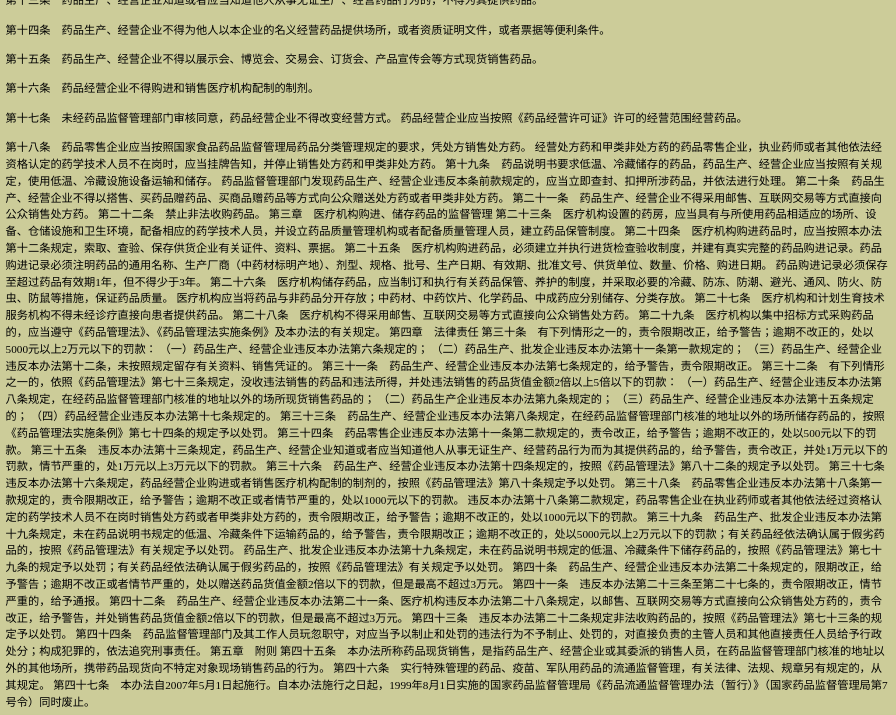
Repository: Shaoxubao/Java
Page: http://localhost/msm/jsp/rule/rules.jsp
An editor plug-in stored every save of this project. The page is shown before and after the next save, followed by the edit.
The browser window is 1280 px wide. The pictures show the part of the page from y = 867 to 2787 px (the page is 1888 px tall before and 3100 px after), at 70% of full size.
The page is served by Tomcat 9. Nobody is signed in. The application's start-up code is not run. Other server files are loaded and not shown.

Above is the page before, as saved 2015-06-13 17:53:44.

### msm/WebContent/jsp/rule/rules.jsp
<%@ page language="java" contentType="text/html; charset=UTF-8"
    pageEncoding="UTF-8"%>
<!DOCTYPE html>
<html>
<head>
<meta http-equiv="Content-Type" content="text/html; charset=UTF-8">
<title>Insert title here</title>
</head>
<body bgcolor="#CCCC99">
第一章　总则<br><br><br>

第一条　为加强药品监督管理，规范药品流通秩序，保证药品质量，根据《中华人民共和国药品管理法》（以下简称《药品管理法》）、《中华人民共和国药品管理法实施条例》（以下简称《药品管理法实施条例》）和有关法律、法规的规定，制定本办法。<br><br>
第二条　在中华人民共和国境内从事药品购销及监督管理的单位或者个人，应当遵守本办法。<br><br>
第三条　药品生产、经营企业、医疗机构应当对其生产、经营、使用的药品质量负责。
药品生产、经营企业在确保药品质量安全的前提下，应当适应现代药品流通发展方向，进行改革和创新。<br><br>
第四条　药品监督管理部门鼓励个人和组织对药品流通实施社会监督。对违反本办法的行为，任何个人和组织都有权向药品监督管理部门举报和控告。<br><br>
第二章 药品生产、经营企业购销的监督管理<br><br><br>

第五条　药品生产、经营企业对其药品购销行为负责，对其销售人员或设立的办事机构以本企业名义从事的药品购销行为承担法律责任。<br><br>
第六条　药品生产、经营企业应当对其购销人员进行药品相关的法律、法规和专业知识培训，建立培训档案，培训档案中应当记录培训时间、地点、内容及接受培训的人员。<br><br>
第七条　药品生产、经营企业应当加强对药品销售人员的管理，并对其销售行为作出具体规定。<br><br>
第八条　药品生产、经营企业不得在经药品监督管理部门核准的地址以外的场所储存或者现货销售药品。<br><br>
第九条　药品生产企业只能销售本企业生产的药品，不得销售本企业受委托生产的或者他人生产的药品。<br><br>
第十条　药品生产企业、药品批发企业销售药品时，应当提供下列资料：<br><br>
（一）加盖本企业原印章的《药品生产许可证》或《药品经营许可证》和营业执照的复印件；<br><br>
（二）加盖本企业原印章的所销售药品的批准证明文件复印件；<br><br>
（三）销售进口药品的，按照国家有关规定提供相关证明文件。<br><br>
第十一条　药品生产企业、药品批发企业销售药品时，应当开具标明供货单位名称、药品名称、生产厂商、批号、数量、价格等内容的销售凭证。
药品零售企业销售药品时，应当开具标明药品名称、生产厂商、数量、价格、批号等内容的销售凭证。<br><br>
第十二条　药品生产、经营企业采购药品时，应按本办法第十条规定索取、查验、留存供货企业有关证件、资料，按本办法第十一条规定索取、留存销售凭证。
药品生产、经营企业按照本条前款规定留存的资料和销售凭证，应当保存至超过药品有效期1年，但不得少于3年。<br><br>
第十三条　药品生产、经营企业知道或者应当知道他人从事无证生产、经营药品行为的，不得为其提供药品。<br><br>
第十四条　药品生产、经营企业不得为他人以本企业的名义经营药品提供场所，或者资质证明文件，或者票据等便利条件。<br><br>
第十五条　药品生产、经营企业不得以展示会、博览会、交易会、订货会、产品宣传会等方式现货销售药品。<br><br>
第十六条　药品经营企业不得购进和销售医疗机构配制的制剂。<br><br>
第十七条　未经药品监督管理部门审核同意，药品经营企业不得改变经营方式。
药品经营企业应当按照《药品经营许可证》许可的经营范围经营药品。<br><br>
第十八条　药品零售企业应当按照国家食品药品监督管理局药品分类管理规定的要求，凭处方销售处方药。
经营处方药和甲类非处方药的药品零售企业，执业药师或者其他依法经资格认定的药学技术人员不在岗时，应当挂牌告知，并停止销售处方药和甲类非处方药。
第十九条　药品说明书要求低温、冷藏储存的药品，药品生产、经营企业应当按照有关规定，使用低温、冷藏设施设备运输和储存。
药品监督管理部门发现药品生产、经营企业违反本条前款规定的，应当立即查封、扣押所涉药品，并依法进行处理。
第二十条　药品生产、经营企业不得以搭售、买药品赠药品、买商品赠药品等方式向公众赠送处方药或者甲类非处方药。
第二十一条　药品生产、经营企业不得采用邮售、互联网交易等方式直接向公众销售处方药。
第二十二条　禁止非法收购药品。
第三章　医疗机构购进、储存药品的监督管理

第二十三条　医疗机构设置的药房，应当具有与所使用药品相适应的场所、设备、仓储设施和卫生环境，配备相应的药学技术人员，并设立药品质量管理机构或者配备质量管理人员，建立药品保管制度。
第二十四条　医疗机构购进药品时，应当按照本办法第十二条规定，索取、查验、保存供货企业有关证件、资料、票据。
第二十五条　医疗机构购进药品，必须建立并执行进货检查验收制度，并建有真实完整的药品购进记录。药品购进记录必须注明药品的通用名称、生产厂商（中药材标明产地）、剂型、规格、批号、生产日期、有效期、批准文号、供货单位、数量、价格、购进日期。
药品购进记录必须保存至超过药品有效期1年，但不得少于3年。
第二十六条　医疗机构储存药品，应当制订和执行有关药品保管、养护的制度，并采取必要的冷藏、防冻、防潮、避光、通风、防火、防虫、防鼠等措施，保证药品质量。
医疗机构应当将药品与非药品分开存放；中药材、中药饮片、化学药品、中成药应分别储存、分类存放。
第二十七条　医疗机构和计划生育技术服务机构不得未经诊疗直接向患者提供药品。
第二十八条　医疗机构不得采用邮售、互联网交易等方式直接向公众销售处方药。
第二十九条　医疗机构以集中招标方式采购药品的，应当遵守《药品管理法》、《药品管理法实施条例》及本办法的有关规定。
第四章　法律责任

第三十条　有下列情形之一的，责令限期改正，给予警告；逾期不改正的，处以5000元以上2万元以下的罚款：
（一）药品生产、经营企业违反本办法第六条规定的；
（二）药品生产、批发企业违反本办法第十一条第一款规定的；
（三）药品生产、经营企业违反本办法第十二条，未按照规定留存有关资料、销售凭证的。
第三十一条　药品生产、经营企业违反本办法第七条规定的，给予警告，责令限期改正。
第三十二条　有下列情形之一的，依照《药品管理法》第七十三条规定，没收违法销售的药品和违法所得，并处违法销售的药品货值金额2倍以上5倍以下的罚款：
（一）药品生产、经营企业违反本办法第八条规定，在经药品监督管理部门核准的地址以外的场所现货销售药品的；
（二）药品生产企业违反本办法第九条规定的；
（三）药品生产、经营企业违反本办法第十五条规定的；
（四）药品经营企业违反本办法第十七条规定的。
第三十三条　药品生产、经营企业违反本办法第八条规定，在经药品监督管理部门核准的地址以外的场所储存药品的，按照《药品管理法实施条例》第七十四条的规定予以处罚。
第三十四条　药品零售企业违反本办法第十一条第二款规定的，责令改正，给予警告；逾期不改正的，处以500元以下的罚款。
第三十五条　违反本办法第十三条规定，药品生产、经营企业知道或者应当知道他人从事无证生产、经营药品行为而为其提供药品的，给予警告，责令改正，并处1万元以下的罚款，情节严重的，处1万元以上3万元以下的罚款。
第三十六条　药品生产、经营企业违反本办法第十四条规定的，按照《药品管理法》第八十二条的规定予以处罚。
第三十七条　违反本办法第十六条规定，药品经营企业购进或者销售医疗机构配制的制剂的，按照《药品管理法》第八十条规定予以处罚。
第三十八条　药品零售企业违反本办法第十八条第一款规定的，责令限期改正，给予警告；逾期不改正或者情节严重的，处以1000元以下的罚款。
违反本办法第十八条第二款规定，药品零售企业在执业药师或者其他依法经过资格认定的药学技术人员不在岗时销售处方药或者甲类非处方药的，责令限期改正，给予警告；逾期不改正的，处以1000元以下的罚款。
第三十九条　药品生产、批发企业违反本办法第十九条规定，未在药品说明书规定的低温、冷藏条件下运输药品的，给予警告，责令限期改正；逾期不改正的，处以5000元以上2万元以下的罚款；有关药品经依法确认属于假劣药品的，按照《药品管理法》有关规定予以处罚。
药品生产、批发企业违反本办法第十九条规定，未在药品说明书规定的低温、冷藏条件下储存药品的，按照《药品管理法》第七十九条的规定予以处罚；有关药品经依法确认属于假劣药品的，按照《药品管理法》有关规定予以处罚。
第四十条　药品生产、经营企业违反本办法第二十条规定的，限期改正，给予警告；逾期不改正或者情节严重的，处以赠送药品货值金额2倍以下的罚款，但是最高不超过3万元。
第四十一条　违反本办法第二十三条至第二十七条的，责令限期改正，情节严重的，给予通报。
第四十二条　药品生产、经营企业违反本办法第二十一条、医疗机构违反本办法第二十八条规定，以邮售、互联网交易等方式直接向公众销售处方药的，责令改正，给予警告，并处销售药品货值金额2倍以下的罚款，但是最高不超过3万元。
第四十三条　违反本办法第二十二条规定非法收购药品的，按照《药品管理法》第七十三条的规定予以处罚。
第四十四条　药品监督管理部门及其工作人员玩忽职守，对应当予以制止和处罚的违法行为不予制止、处罚的，对直接负责的主管人员和其他直接责任人员给予行政处分；构成犯罪的，依法追究刑事责任。
第五章　附则

第四十五条　本办法所称药品现货销售，是指药品生产、经营企业或其委派的销售人员，在药品监督管理部门核准的地址以外的其他场所，携带药品现货向不特定对象现场销售药品的行为。
第四十六条　实行特殊管理的药品、疫苗、军队用药品的流通监督管理，有关法律、法规、规章另有规定的，从其规定。
第四十七条　本办法自2007年5月1日起施行。自本办法施行之日起，1999年8月1日实施的国家药品监督管理局《药品流通监督管理办法（暂行）》（国家药品监督管理局第7号令）同时废止。
</body>
</html>

After the next save:
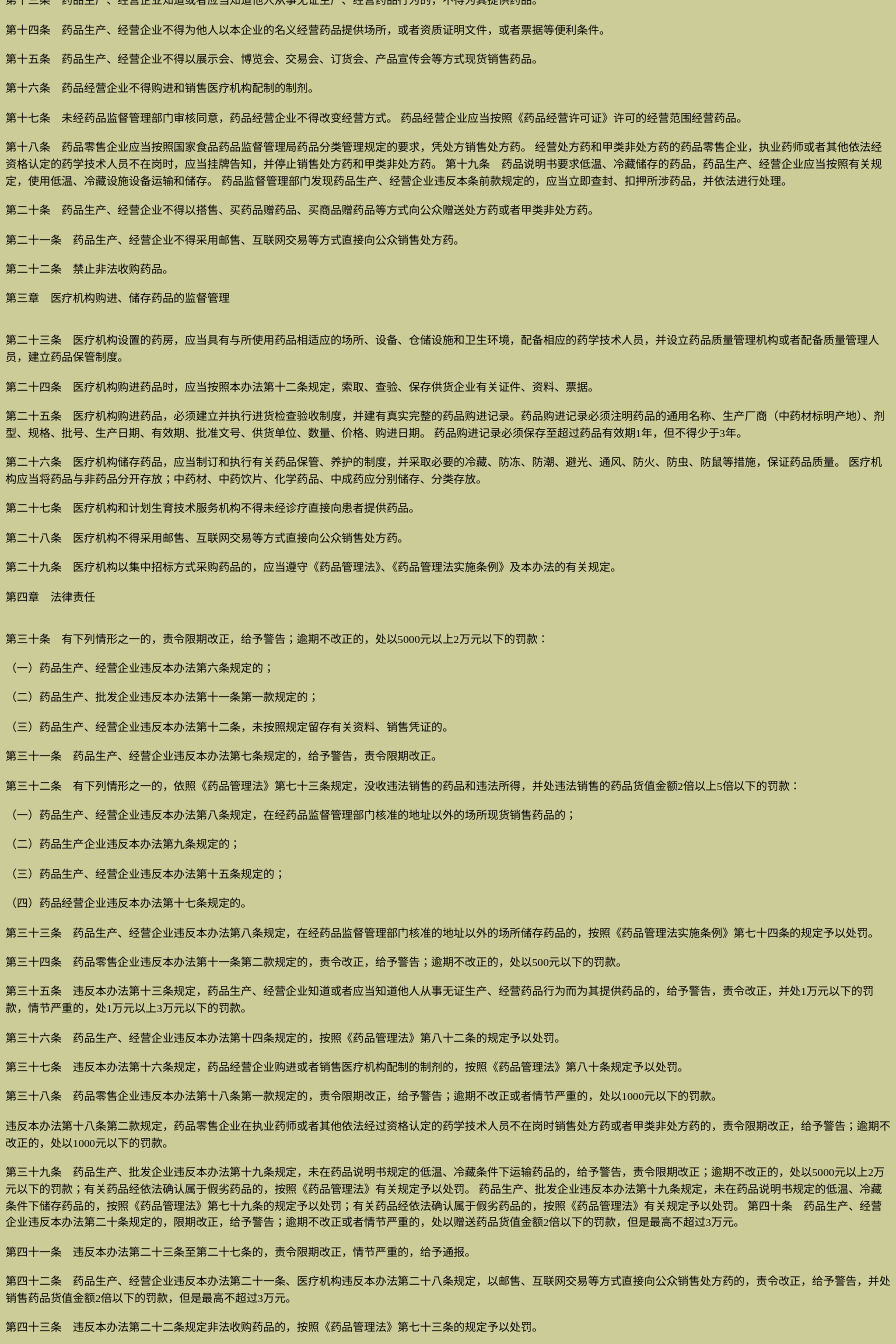
Saved 2 min 21 s later.
--- a/msm/WebContent/jsp/rule/rules.jsp
+++ b/msm/WebContent/jsp/rule/rules.jsp
@@ -38,51 +38,51 @@
 第十八条　药品零售企业应当按照国家食品药品监督管理局药品分类管理规定的要求，凭处方销售处方药。
 经营处方药和甲类非处方药的药品零售企业，执业药师或者其他依法经资格认定的药学技术人员不在岗时，应当挂牌告知，并停止销售处方药和甲类非处方药。
 第十九条　药品说明书要求低温、冷藏储存的药品，药品生产、经营企业应当按照有关规定，使用低温、冷藏设施设备运输和储存。
-药品监督管理部门发现药品生产、经营企业违反本条前款规定的，应当立即查封、扣押所涉药品，并依法进行处理。
-第二十条　药品生产、经营企业不得以搭售、买药品赠药品、买商品赠药品等方式向公众赠送处方药或者甲类非处方药。
-第二十一条　药品生产、经营企业不得采用邮售、互联网交易等方式直接向公众销售处方药。
-第二十二条　禁止非法收购药品。
-第三章　医疗机构购进、储存药品的监督管理
+药品监督管理部门发现药品生产、经营企业违反本条前款规定的，应当立即查封、扣押所涉药品，并依法进行处理。<br><br>
+第二十条　药品生产、经营企业不得以搭售、买药品赠药品、买商品赠药品等方式向公众赠送处方药或者甲类非处方药。<br><br>
+第二十一条　药品生产、经营企业不得采用邮售、互联网交易等方式直接向公众销售处方药。<br><br>
+第二十二条　禁止非法收购药品。<br><br>
+第三章　医疗机构购进、储存药品的监督管理<br><br><br>
 
-第二十三条　医疗机构设置的药房，应当具有与所使用药品相适应的场所、设备、仓储设施和卫生环境，配备相应的药学技术人员，并设立药品质量管理机构或者配备质量管理人员，建立药品保管制度。
-第二十四条　医疗机构购进药品时，应当按照本办法第十二条规定，索取、查验、保存供货企业有关证件、资料、票据。
+第二十三条　医疗机构设置的药房，应当具有与所使用药品相适应的场所、设备、仓储设施和卫生环境，配备相应的药学技术人员，并设立药品质量管理机构或者配备质量管理人员，建立药品保管制度。<br><br>
+第二十四条　医疗机构购进药品时，应当按照本办法第十二条规定，索取、查验、保存供货企业有关证件、资料、票据。<br><br>
 第二十五条　医疗机构购进药品，必须建立并执行进货检查验收制度，并建有真实完整的药品购进记录。药品购进记录必须注明药品的通用名称、生产厂商（中药材标明产地）、剂型、规格、批号、生产日期、有效期、批准文号、供货单位、数量、价格、购进日期。
-药品购进记录必须保存至超过药品有效期1年，但不得少于3年。
+药品购进记录必须保存至超过药品有效期1年，但不得少于3年。<br><br>
 第二十六条　医疗机构储存药品，应当制订和执行有关药品保管、养护的制度，并采取必要的冷藏、防冻、防潮、避光、通风、防火、防虫、防鼠等措施，保证药品质量。
-医疗机构应当将药品与非药品分开存放；中药材、中药饮片、化学药品、中成药应分别储存、分类存放。
-第二十七条　医疗机构和计划生育技术服务机构不得未经诊疗直接向患者提供药品。
-第二十八条　医疗机构不得采用邮售、互联网交易等方式直接向公众销售处方药。
-第二十九条　医疗机构以集中招标方式采购药品的，应当遵守《药品管理法》、《药品管理法实施条例》及本办法的有关规定。
-第四章　法律责任
+医疗机构应当将药品与非药品分开存放；中药材、中药饮片、化学药品、中成药应分别储存、分类存放。<br><br>
+第二十七条　医疗机构和计划生育技术服务机构不得未经诊疗直接向患者提供药品。<br><br>
+第二十八条　医疗机构不得采用邮售、互联网交易等方式直接向公众销售处方药。<br><br>
+第二十九条　医疗机构以集中招标方式采购药品的，应当遵守《药品管理法》、《药品管理法实施条例》及本办法的有关规定。<br><br>
+第四章　法律责任<br><br><br>
 
-第三十条　有下列情形之一的，责令限期改正，给予警告；逾期不改正的，处以5000元以上2万元以下的罚款：
-（一）药品生产、经营企业违反本办法第六条规定的；
-（二）药品生产、批发企业违反本办法第十一条第一款规定的；
-（三）药品生产、经营企业违反本办法第十二条，未按照规定留存有关资料、销售凭证的。
-第三十一条　药品生产、经营企业违反本办法第七条规定的，给予警告，责令限期改正。
-第三十二条　有下列情形之一的，依照《药品管理法》第七十三条规定，没收违法销售的药品和违法所得，并处违法销售的药品货值金额2倍以上5倍以下的罚款：
-（一）药品生产、经营企业违反本办法第八条规定，在经药品监督管理部门核准的地址以外的场所现货销售药品的；
-（二）药品生产企业违反本办法第九条规定的；
-（三）药品生产、经营企业违反本办法第十五条规定的；
-（四）药品经营企业违反本办法第十七条规定的。
-第三十三条　药品生产、经营企业违反本办法第八条规定，在经药品监督管理部门核准的地址以外的场所储存药品的，按照《药品管理法实施条例》第七十四条的规定予以处罚。
-第三十四条　药品零售企业违反本办法第十一条第二款规定的，责令改正，给予警告；逾期不改正的，处以500元以下的罚款。
-第三十五条　违反本办法第十三条规定，药品生产、经营企业知道或者应当知道他人从事无证生产、经营药品行为而为其提供药品的，给予警告，责令改正，并处1万元以下的罚款，情节严重的，处1万元以上3万元以下的罚款。
-第三十六条　药品生产、经营企业违反本办法第十四条规定的，按照《药品管理法》第八十二条的规定予以处罚。
-第三十七条　违反本办法第十六条规定，药品经营企业购进或者销售医疗机构配制的制剂的，按照《药品管理法》第八十条规定予以处罚。
-第三十八条　药品零售企业违反本办法第十八条第一款规定的，责令限期改正，给予警告；逾期不改正或者情节严重的，处以1000元以下的罚款。
-违反本办法第十八条第二款规定，药品零售企业在执业药师或者其他依法经过资格认定的药学技术人员不在岗时销售处方药或者甲类非处方药的，责令限期改正，给予警告；逾期不改正的，处以1000元以下的罚款。
+第三十条　有下列情形之一的，责令限期改正，给予警告；逾期不改正的，处以5000元以上2万元以下的罚款：<br><br>
+（一）药品生产、经营企业违反本办法第六条规定的；<br><br>
+（二）药品生产、批发企业违反本办法第十一条第一款规定的；<br><br>
+（三）药品生产、经营企业违反本办法第十二条，未按照规定留存有关资料、销售凭证的。<br><br>
+第三十一条　药品生产、经营企业违反本办法第七条规定的，给予警告，责令限期改正。<br><br>
+第三十二条　有下列情形之一的，依照《药品管理法》第七十三条规定，没收违法销售的药品和违法所得，并处违法销售的药品货值金额2倍以上5倍以下的罚款：<br><br>
+（一）药品生产、经营企业违反本办法第八条规定，在经药品监督管理部门核准的地址以外的场所现货销售药品的；<br><br>
+（二）药品生产企业违反本办法第九条规定的；<br><br>
+（三）药品生产、经营企业违反本办法第十五条规定的；<br><br>
+（四）药品经营企业违反本办法第十七条规定的。<br><br>
+第三十三条　药品生产、经营企业违反本办法第八条规定，在经药品监督管理部门核准的地址以外的场所储存药品的，按照《药品管理法实施条例》第七十四条的规定予以处罚。<br><br>
+第三十四条　药品零售企业违反本办法第十一条第二款规定的，责令改正，给予警告；逾期不改正的，处以500元以下的罚款。<br><br>
+第三十五条　违反本办法第十三条规定，药品生产、经营企业知道或者应当知道他人从事无证生产、经营药品行为而为其提供药品的，给予警告，责令改正，并处1万元以下的罚款，情节严重的，处1万元以上3万元以下的罚款。<br><br>
+第三十六条　药品生产、经营企业违反本办法第十四条规定的，按照《药品管理法》第八十二条的规定予以处罚。<br><br>
+第三十七条　违反本办法第十六条规定，药品经营企业购进或者销售医疗机构配制的制剂的，按照《药品管理法》第八十条规定予以处罚。<br><br>
+第三十八条　药品零售企业违反本办法第十八条第一款规定的，责令限期改正，给予警告；逾期不改正或者情节严重的，处以1000元以下的罚款。<br><br>
+违反本办法第十八条第二款规定，药品零售企业在执业药师或者其他依法经过资格认定的药学技术人员不在岗时销售处方药或者甲类非处方药的，责令限期改正，给予警告；逾期不改正的，处以1000元以下的罚款。<br><br>
 第三十九条　药品生产、批发企业违反本办法第十九条规定，未在药品说明书规定的低温、冷藏条件下运输药品的，给予警告，责令限期改正；逾期不改正的，处以5000元以上2万元以下的罚款；有关药品经依法确认属于假劣药品的，按照《药品管理法》有关规定予以处罚。
 药品生产、批发企业违反本办法第十九条规定，未在药品说明书规定的低温、冷藏条件下储存药品的，按照《药品管理法》第七十九条的规定予以处罚；有关药品经依法确认属于假劣药品的，按照《药品管理法》有关规定予以处罚。
-第四十条　药品生产、经营企业违反本办法第二十条规定的，限期改正，给予警告；逾期不改正或者情节严重的，处以赠送药品货值金额2倍以下的罚款，但是最高不超过3万元。
-第四十一条　违反本办法第二十三条至第二十七条的，责令限期改正，情节严重的，给予通报。
-第四十二条　药品生产、经营企业违反本办法第二十一条、医疗机构违反本办法第二十八条规定，以邮售、互联网交易等方式直接向公众销售处方药的，责令改正，给予警告，并处销售药品货值金额2倍以下的罚款，但是最高不超过3万元。
-第四十三条　违反本办法第二十二条规定非法收购药品的，按照《药品管理法》第七十三条的规定予以处罚。
-第四十四条　药品监督管理部门及其工作人员玩忽职守，对应当予以制止和处罚的违法行为不予制止、处罚的，对直接负责的主管人员和其他直接责任人员给予行政处分；构成犯罪的，依法追究刑事责任。
-第五章　附则
+第四十条　药品生产、经营企业违反本办法第二十条规定的，限期改正，给予警告；逾期不改正或者情节严重的，处以赠送药品货值金额2倍以下的罚款，但是最高不超过3万元。<br><br>
+第四十一条　违反本办法第二十三条至第二十七条的，责令限期改正，情节严重的，给予通报。<br><br>
+第四十二条　药品生产、经营企业违反本办法第二十一条、医疗机构违反本办法第二十八条规定，以邮售、互联网交易等方式直接向公众销售处方药的，责令改正，给予警告，并处销售药品货值金额2倍以下的罚款，但是最高不超过3万元。<br><br>
+第四十三条　违反本办法第二十二条规定非法收购药品的，按照《药品管理法》第七十三条的规定予以处罚。<br><br>
+第四十四条　药品监督管理部门及其工作人员玩忽职守，对应当予以制止和处罚的违法行为不予制止、处罚的，对直接负责的主管人员和其他直接责任人员给予行政处分；构成犯罪的，依法追究刑事责任。<br><br>
+第五章　附则<br><br><br>
 
-第四十五条　本办法所称药品现货销售，是指药品生产、经营企业或其委派的销售人员，在药品监督管理部门核准的地址以外的其他场所，携带药品现货向不特定对象现场销售药品的行为。
-第四十六条　实行特殊管理的药品、疫苗、军队用药品的流通监督管理，有关法律、法规、规章另有规定的，从其规定。
-第四十七条　本办法自2007年5月1日起施行。自本办法施行之日起，1999年8月1日实施的国家药品监督管理局《药品流通监督管理办法（暂行）》（国家药品监督管理局第7号令）同时废止。
+第四十五条　本办法所称药品现货销售，是指药品生产、经营企业或其委派的销售人员，在药品监督管理部门核准的地址以外的其他场所，携带药品现货向不特定对象现场销售药品的行为。<br><br>
+第四十六条　实行特殊管理的药品、疫苗、军队用药品的流通监督管理，有关法律、法规、规章另有规定的，从其规定。<br><br>
+第四十七条　本办法自2007年5月1日起施行。自本办法施行之日起，1999年8月1日实施的国家药品监督管理局《药品流通监督管理办法（暂行）》（国家药品监督管理局第7号令）同时废止。<br><br>
 </body>
 </html>
